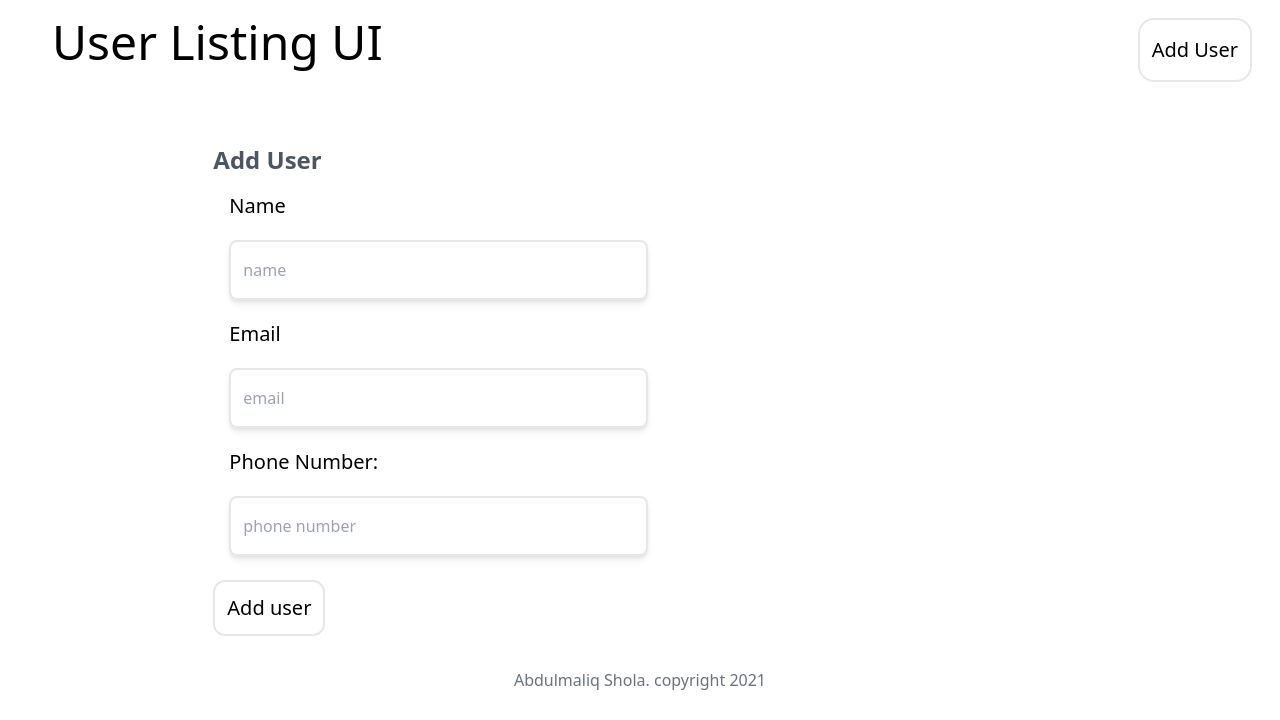
Repository: Marlstergo/listings
Page: /adduser (app in client/)
These files come from the project's save history. The page is drawn as it stood at one moment and after the next save; the edit follows.
The browser window is 1280 px wide. The pictures show the whole page.
The project was rebuilt for these pictures with package versions that can differ from the ones it lists, and the page was loaded fresh each time. Also part of the build but not shown: client/craco.config.js, client/src/components/userRowhome.js, client/src/components/Home.js, client/src/components/UserRow.jsx, client/src/components/List.js, client/src/components/EditUser.js.

Above is the page before, as saved 2021-07-21 18:02:55.

### client/src/index.js
/* eslint-disable no-unused-vars */
import React from "react";
import ReactDOM from "react-dom";
import "./index.css";
import App from "./App";
import reportWebVitals from "./reportWebVitals";
import { BrowserRouter as Router } from 'react-router-dom';
import { Provider } from "react-redux";
import { store } from "./redux/store";
import { PersistGate } from "redux-persist/integration/react";
import { persistor } from "./redux/store";

ReactDOM.render(
  <React.StrictMode>
    <Provider store={store}>
      <Router>
        <PersistGate persistor={persistor}>
          <App />
        </PersistGate>
      </Router>
    </Provider>
  </React.StrictMode>,
  document.getElementById("root")
);

// If you want to start measuring performance in your app, pass a function
// to log results (for example: reportWebVitals(console.log))
// or send to an analytics endpoint. Learn more: https://bit.ly/CRA-vitals
reportWebVitals();

### client/src/App.js
import React, { useState } from "react";
import { BrowserRouter, Route, Switch, useLocation } from "react-router-dom";
import Header from "./components/Header";
import Home from "./components/Home";
import List from "./components/List";
import AddUser from "./components/addUser";
// import Toppings from "./components/Toppings";
import Order from "./components/EditUser";
// import Modal from "./components/Modal";
import { AnimatePresence } from "framer-motion";
import Footer from "./components/footer";

function App() {
  const location = useLocation();
  const showModal = true;

  return (
    <>
      <Header />
      {/* <Modal showModal={showModal} /> */}
      <AnimatePresence exitBeforeEnter>
        <BrowserRouter>
          <Switch>
            <Route exact name="home" path="/">
              <Home />
            </Route>
            {/* <Route exact path="/createUpdateUser">
            <Toppings />
          </Route> */}
            <Route path="/edit" exact name="order">
              <Order />
            </Route>
            <Route path="/view" exact name="view">
              <List />
            </Route>
            <Route path="/adduser" exact name="adduser">
              <AddUser />
            </Route>
          </Switch>
        </BrowserRouter>
      </AnimatePresence>
      <Footer />
    </>
  );
}

export default App;

### client/src/redux/store.js
import { createStore, applyMiddleware } from "redux";
import { logger } from 'redux-logger';
import {persistStore} from 'redux-persist';
// import thunk from 'redux-thunk'
import createSagaMiddleware from 'redux-saga'

import rootSaga from './root-sagas'

import rootReducer from './root-reducer';

const sagaMiddleware = createSagaMiddleware()

const middleware = [sagaMiddleware];

if( process.env.NODE_ENV === 'development'){
    middleware.push(logger)
}

export const store = createStore(rootReducer, applyMiddleware(...middleware))

sagaMiddleware.run(rootSaga)

export const persistor = persistStore(store)

export default (store, persistor);

### client/src/components/Header.js
import React from "react";
import { motion } from "framer-motion";
import { Link } from "react-router-dom";
import {withRouter} from 'react-router-dom'


const svgVariants = {
  hidden: { rotate: -180 },
  visible: {
    rotate: 0,
    transition: { duration: 1 },
  },
};

const pathVariants = {
  hidden: {
    opacity: 0,
    pathLength: 0,
  },
  visible: {
    opacity: 1,
    pathLength: 1,
    transition: {
      duration: 2,
      ease: "easeInOut",
    },
  },
};

const buttonVariants = {
  show: {
    y: [0, -20],
    x: 0,
    textShadow: "0px 0px 8px rgb(255,255,255)",
    boxShadow: "0px 0px 8px rgb(255,255,255)",
    transition: {
      duration: 0.3,
      yoyo: Infinity,
      ease: "easeOut",
    },
  },
};

const Header = ({history}) => {
  console.log(history.location.pathname)
  return (
    <header className="flex p-7 w-full justify-between  items-center">
      {/* <motion.div
        className="logo"
        drag
        dragConstraints={{ left: 0, top: 0, right: 0, bottom: 0 }}
        dragElastic={0.7}
      >

      </motion.div> */}
      <motion.div
        className=" flex justify-between w-full ml-6 text-xs"
        initial={{ y: -250 }}
        animate={{ y: -10 }}
        transition={{ delay: 0.2, type: "spring", stiffness: 120 }}
      >
        <a href="/" className=" pb-4 text-5xl">User Listing UI</a>
        <motion.button
          variants={buttonVariants}
          whileHover="hover"
          animate={`${history.location.pathname === '/adduser'?'':'show'}`}
          className="text-xl border-2 px-3 rounded-2xl active:bg-gray-200"
        >
          <a href="/adduser">Add User</a>
        </motion.button>
      </motion.div>
    </header>
  );
};

export default withRouter(Header);

### client/src/components/addUser.js
import React, { useEffect, useState } from "react";
import { motion } from "framer-motion";

const containerVariants = {
  hidden: {
    opacity: 0,
    x: "100vw",
    transition: {
      staggerChildren: 0.5,
    },
  },
  visible: {
    opacity: 1,
    x: 0,
    transition: {
      type: "spring",
      mass: 0.4,
      damping: 8,
      staggerChildren: 0.4,
      when: "beforeChildren",
    },
  },
};

const childVariants = {
  hidden: {
    opacity: 0,
  },
  visible: {
    opacity: 1,
  },
};

const AddUser = () => {
  const [userDetails, setUserDetail] = useState({
    name: "",
    email: "",
    phone: "",
  });
  const change = (e) => {
    const { value, name } = e.target;
    setUserDetail({ ...userDetails, [name]: value });
  };
  console.log(userDetails);
  return (
    <motion.div
      className="container order flex justify-center"
      variants={containerVariants}
      initial="hidden"
      animate="visible"
      exit="exit"
    >
      <div className="w-2/3 ">

        <motion.div variants={childVariants}></motion.div>
        <h1 className="text-gray-600 font-semibold pt-6 mb-4 focus:border-gray-500 focus:outline-none focus:ring-0 text-2xl">
          Add User
        </h1>

        <motion.form variants={childVariants} className="pl-4">
          <div className="flex flex-col">
            <label className="text-xl mb-5" htmlFor="">
              Name
            </label>
            <input
              onChange={change}
              type="text"
              name="name"
              className="px-3 py-4 w-1/2 border-2 rounded-lg shadow-md"
              id="name"
              placeholder="name"
            />
          </div>
          <div className="flex flex-col">
            <label className="text-xl my-5" htmlFor="">
              Email
            </label>
            <input
              onChange={change}
              type="text"
              name="email"
              className="px-3 py-4 w-1/2 rounded-lg shadow-md border-2"
              placeholder="email"
              id="email"
            />
          </div>
          <div className="flex flex-col">
            <label htmlFor="phone" className="text-xl my-5">
              Phone Number:
            </label>
            <input
              onChange={change}
              type="text"
              name="phone"
              className="px-3 py-4 w-1/2 rounded-lg shadow-md border-2"
              id="phone"
              placeholder="phone number"
            />
          </div>
        </motion.form>
        <button className="text-xl py-3 active:bg-gray-200 border-2 px-3 rounded-xl mt-6 ">
          Add user
        </button>
        <motion.div variants={childVariants}></motion.div>
      </div>
    </motion.div>
  );
};

export default AddUser;

### client/src/components/footer.js
import React from 'react'

const Footer = () => {
  return (
    <footer className="fixed bottom-0 w-full">
      <div className="flex justify-center w-full items-center h-20">
        <p className="text-gray-500">Abdulmaliq Shola. copyright 2021</p>
      </div>
    </footer>
  )
}

export default Footer

### client/src/redux/root-sagas.js
import {all, call} from 'redux-saga/effects'
import {userSagas} from './user/user.sagas'


export default function* rootSaga(){
    yield all([
        call(userSagas),
    ])
}

### client/src/redux/root-reducer.js
import {combineReducers} from 'redux'
import userReducer from './user/user.reducer'
// import cartReducer from './cart/cart.reducer'
import {persistReducer} from 'redux-persist'
import storage from 'redux-persist/lib/storage'
// import directoryReducer from './directory/directory.reducer'
// import shopReducer from './shop/shop.reducer'

const persistConfig ={
    key: 'root',
    storage,
    whitelist: ['' ]
}
const rootReducer = combineReducers({
    user: userReducer,

})
export default persistReducer(persistConfig, rootReducer)

### client/src/redux/user/user.sagas.js
import { all, call, put, takeLatest } from "redux-saga/effects";

import UserActionTypes from "./user.types";
import { loadUserDetail } from "./user.action";
// import axios from "axios";
// import { getUserDetailsURL } from "../../components/stringConstants";

export function* getDetails() {
  yield console.log("i fired");

  // try {
  //   console.log("inside try");

  //   const res = yield axios.get(getUserDetailsURL);
  //   const data = yield res.data;
  //   console.log(res);
  //   yield put(loadUserDetail(data ? data.data[0] : {}));
  // } catch (err) {
  //   console.log(err.response);
  //   if (err.response && err.response.statusText === "Not Found") {
  //     // console.log("");
  //     window.location.href = "/profile/settings?newUser=0837";
  //   }
  // }
}

export function* getUserDetails() {
  yield takeLatest(UserActionTypes.GET_USER_DETAIL, getDetails);
}
// export function* loadUserDetails(){
//     yield takeLatest(UserActionTypes.LOAD_USER_DETAIL, loadDetails)
// }

export function* userSagas() {
  yield all([call(getUserDetails)]);
}

### client/src/redux/user/user.reducer.js
import UserActionTypes from "./user.types";
const INITIAL_STATE = {
  // currentUser: null,
  userDetail: {},
  demo: 'i am demo',
  location: null

};
const userReducer = (state = INITIAL_STATE, action) => {
  switch (action.type) {

    case UserActionTypes.LOAD_USER_DETAIL:
      return {
        ...state,
        userDetail: action.payload,
      };

    case UserActionTypes.COLLECT_GEOLOCATION:
      return {
        ...state,
        location: action.payload
      }
    default:
      return state;
  }
};

export default userReducer;

### client/src/redux/user/user.types.js
const UserActionTypes ={
    GOOGLE_SIGN_IN_START : 'GOOGLE_SIGN_IN_START',
    SIGN_IN_SUCCESS : 'SIGN_IN_SUCCESS',
    SIGN_IN_FAILURE : 'SIGN_IN_FAILURE',
    GET_USER_DETAIL: 'GET_USER_DETAIL',
    LOAD_USER_DETAIL: 'LOAD_USER_DETAIL',
    COLLECT_GEOLOCATION: 'COLLECT_GEOLOCATION',
    FETCH_GEOLOCATION: 'FETCH_GEOLOCATION'
}
export default UserActionTypes;

### client/src/redux/user/user.action.js
import UserActionTypes from './user.types'



// export const googleSignInStart = () => ({
//     type: UserActionTypes.GOOGLE_SIGN_IN_START
// })

// export const signInSuccess = (user) => ({
//     type: UserActionTypes.SIGN_IN_SUCCESS,
//     payload: user
// })

export const getUserDetail = () => ({
    type: UserActionTypes.GET_USER_DETAIL,

})
export const loadUserDetail = (details) => ({
    type: UserActionTypes.LOAD_USER_DETAIL,
    payload: details
})

export const fetchGeoloction = () => ({
    type: UserActionTypes.FETCH_GEOLOCATION
})
export const collectGeolocation = (location) => ({
    type: UserActionTypes.COLLECT_GEOLOCATION,
    payload: location
})
// })

### client/tailwind.config.js
// tailwind.config.js
module.exports = {
  // mode:'jit',
  purge: ["./src/**/*.{js,jsx,ts,tsx}", "./public/index.html"],
  darkMode: false, // or 'media' or 'class'
  theme: {
    extend: {},
  },
  variants: {
    extend: {
      backgroundColor: ["active"],
    },
  },
  plugins: [],
};

Loaded but not shown: client/public/index.html (common file); client/src/index.css (common file); client/src/reportWebVitals.js (common file)

After the next save:
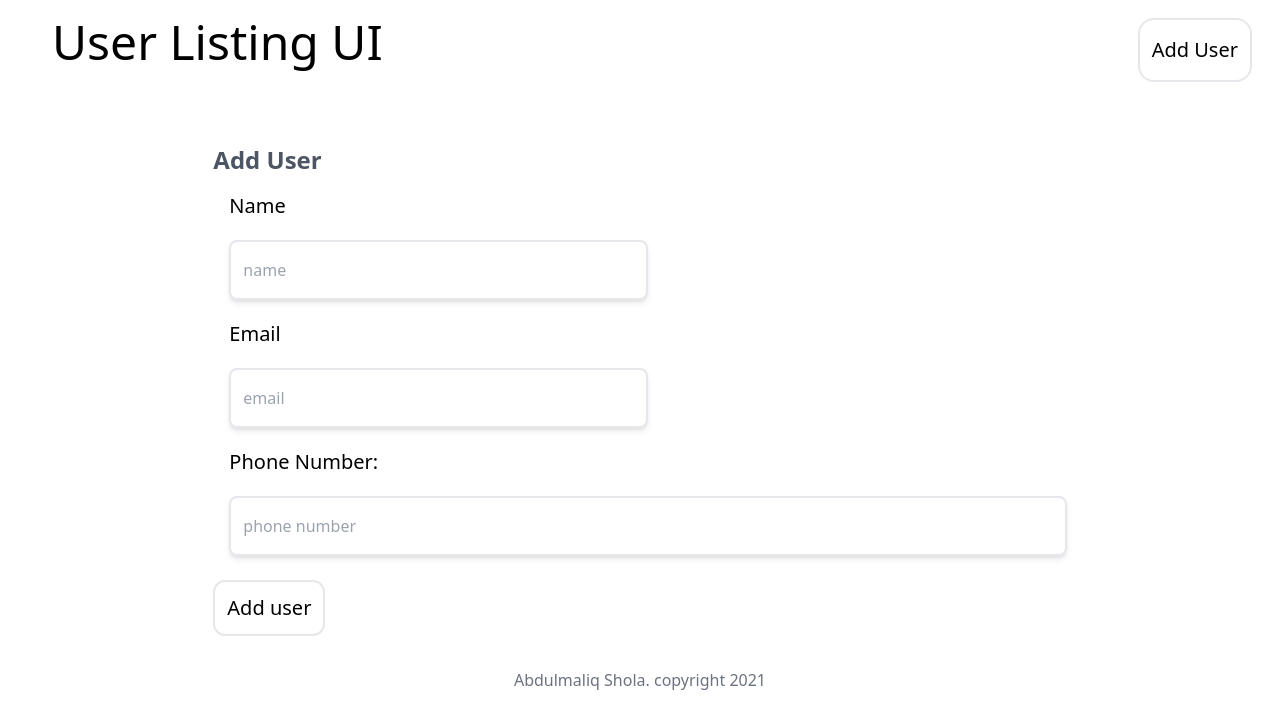
Saved 2 min 35 s later.
--- a/client/src/components/addUser.js
+++ b/client/src/components/addUser.js
@@ -92,7 +92,7 @@ const AddUser = () => {
               onChange={change}
               type="text"
               name="phone"
-              className="px-3 py-4 w-1/2 rounded-lg shadow-md border-2"
+              className="px-3 py-4 w-full rounded-lg shadow-md border-2"
               id="phone"
               placeholder="phone number"
             />
